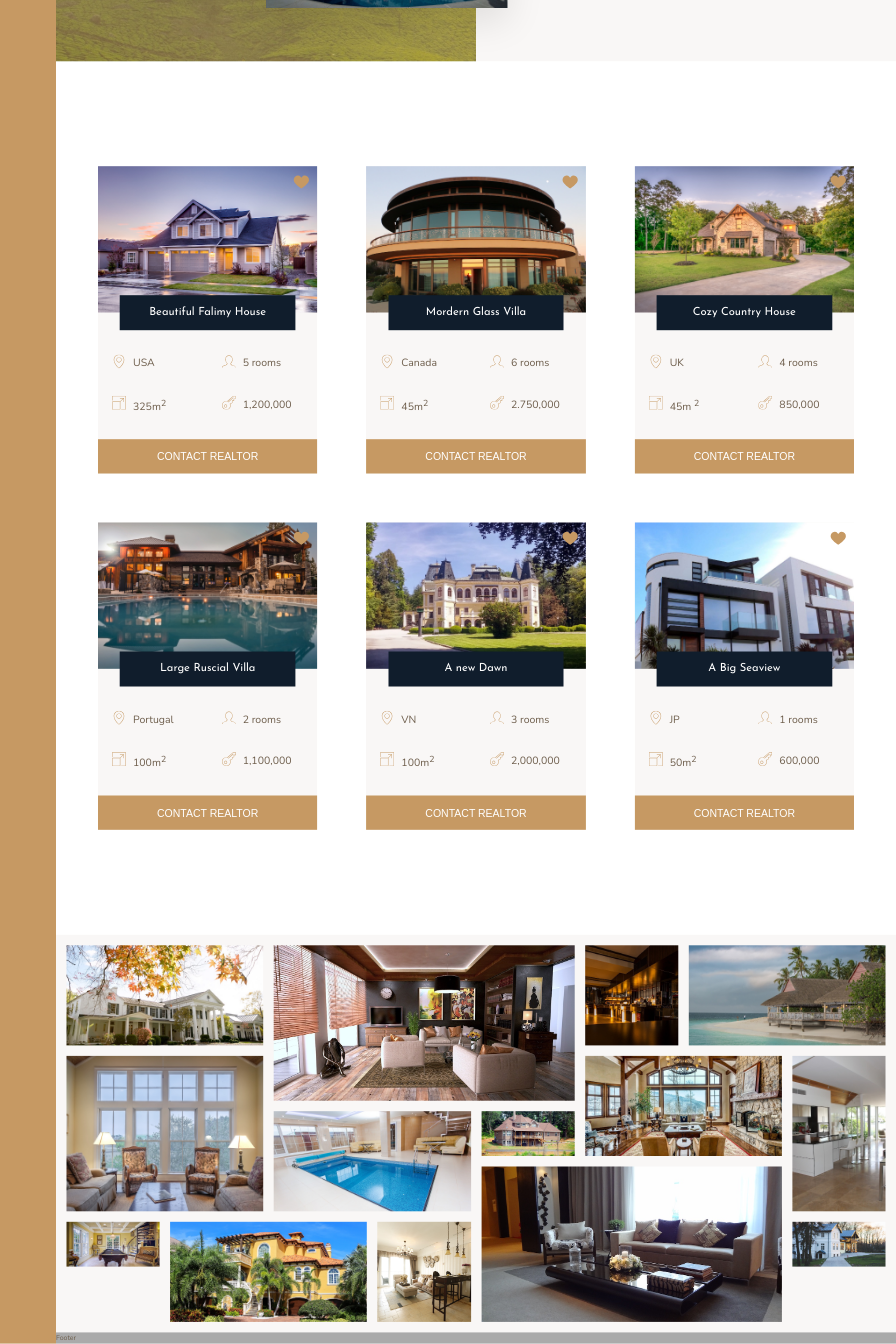
Repository: m2pd/your-home
Page: index.html
These files come from the project's save history. The page is drawn as it stood at one moment and after the next save; the edit follows.
The browser window is 1280 px wide. The pictures show the part of the page from y = 1668 to 3588 px (the page is 3588 px tall), at 70% of full size.
The style sheet was rebuilt from its Sass, Less or Tailwind sources for each picture, by a compiler version that may differ from the author's.

Above is the page before, as saved 2020-03-07 18:38:35.

After the next save:
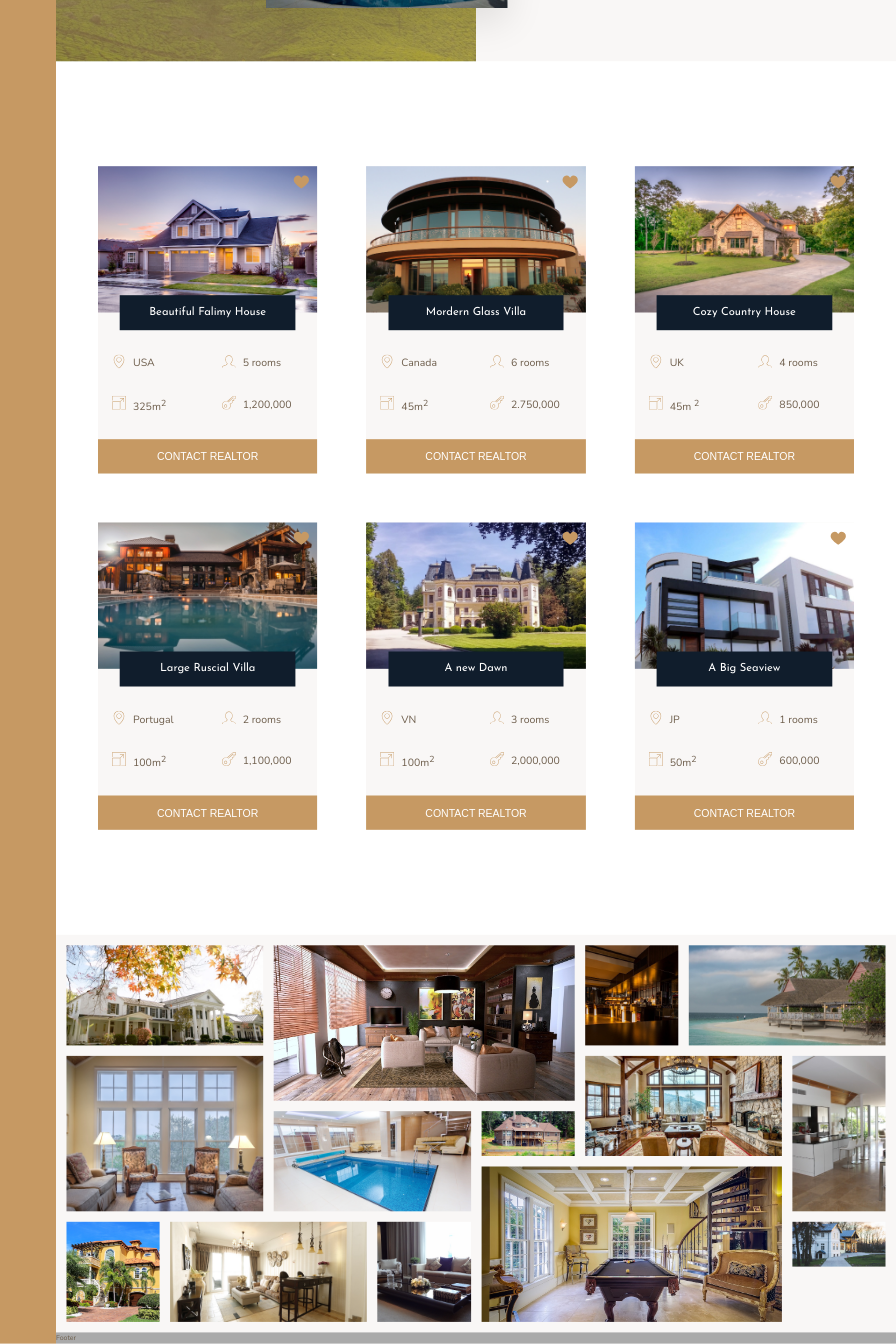
Saved 47 s later.
--- a/sass/_gallery.scss
+++ b/sass/_gallery.scss
@@ -60,17 +60,17 @@
             grid-column: 1 / span 1;
         }
 
-        &--10{
+        &--11{
             grid-row:6 / span 2;
             grid-column: 2 / span 2;
         }
 
-        &--11{
+        &--12{
             grid-row:6 / span 2;
             grid-column: 4 / span 1;
         }
 
-        &--12{
+        &--13{
             grid-row:5 / span 3;
             grid-column: 5 / span 3;
         }
